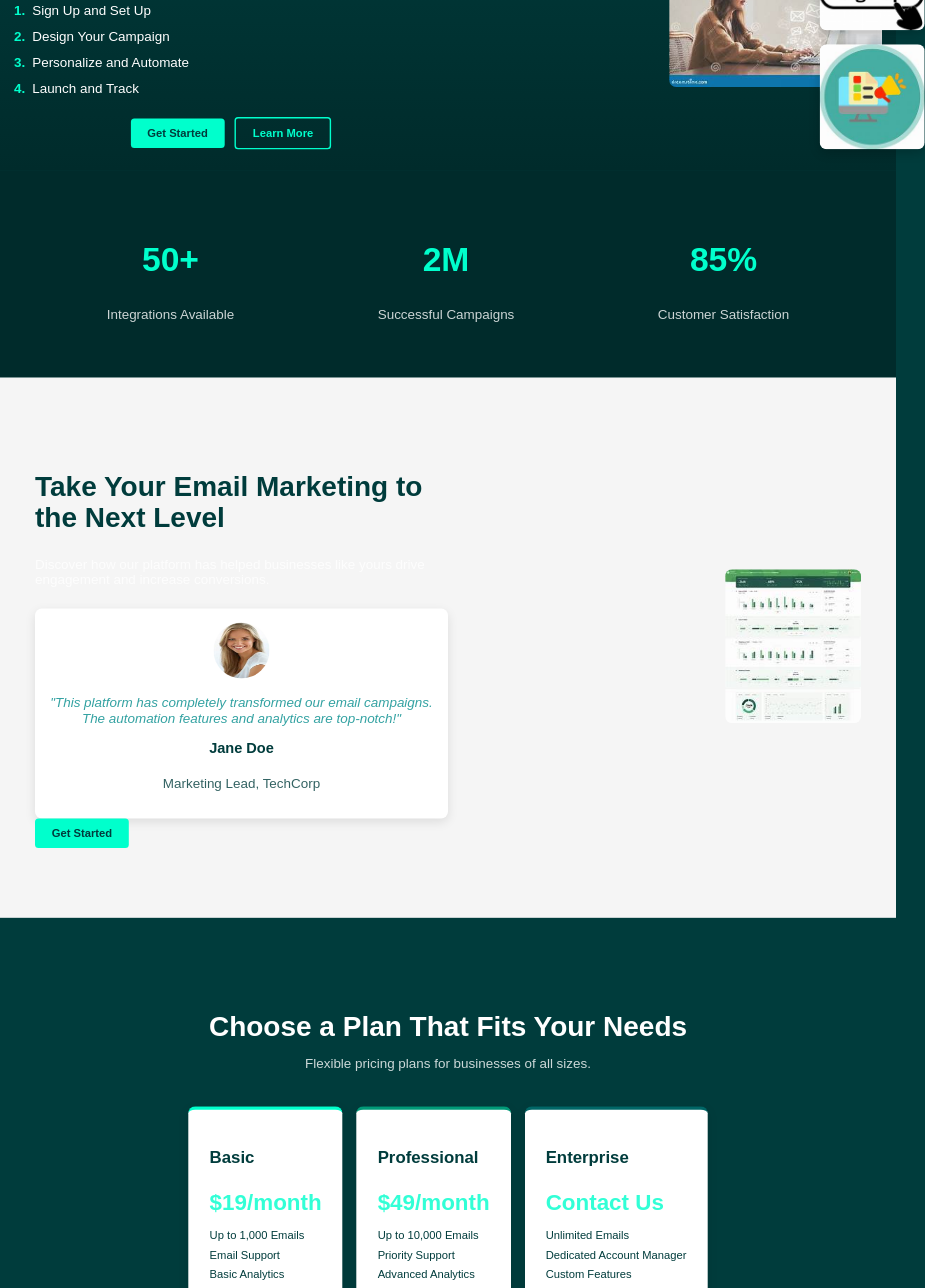
Repository: Patience225/email-marketing
Page: index.html
The author's editor kept a copy of each file at every save. The page is drawn from the files as they stood at one save, then again after the next save.
The browser window is 1280 px wide. The page is 1321 px wide, so the pictures cover 1321 px, including what lies to the right of the window. The pictures show the part of the page from y = 1806 to 3646 px (the page is 4442 px tall), at 70% of full size.

Above is the page before, as saved 2025-01-29 17:39:41.
Console error: TypeError: Cannot read properties of null (reading 'addEventListener')

After the next save:
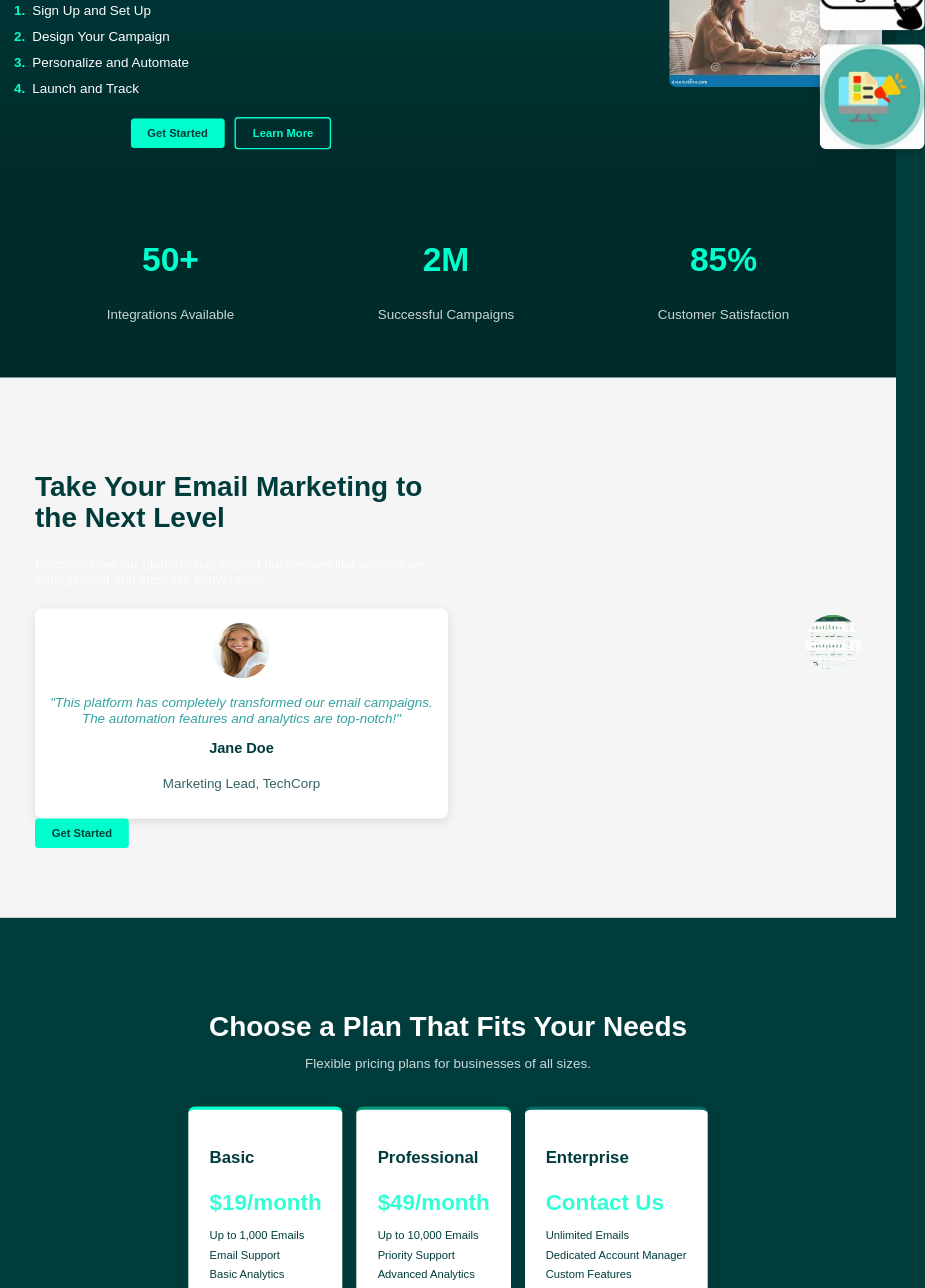
Saved 10 s later.
--- a/styles.css
+++ b/styles.css
@@ -511,8 +511,10 @@
 }
 
 .testimonial-image img {
-  max-width: 100%;
-  border-radius: 10px;
+  width: 80px;
+  height: 80px;
+  border-radius: 50%;
+  margin-bottom: 10px;
 }
 
 /* Mobile Responsive */

After the save that followed:
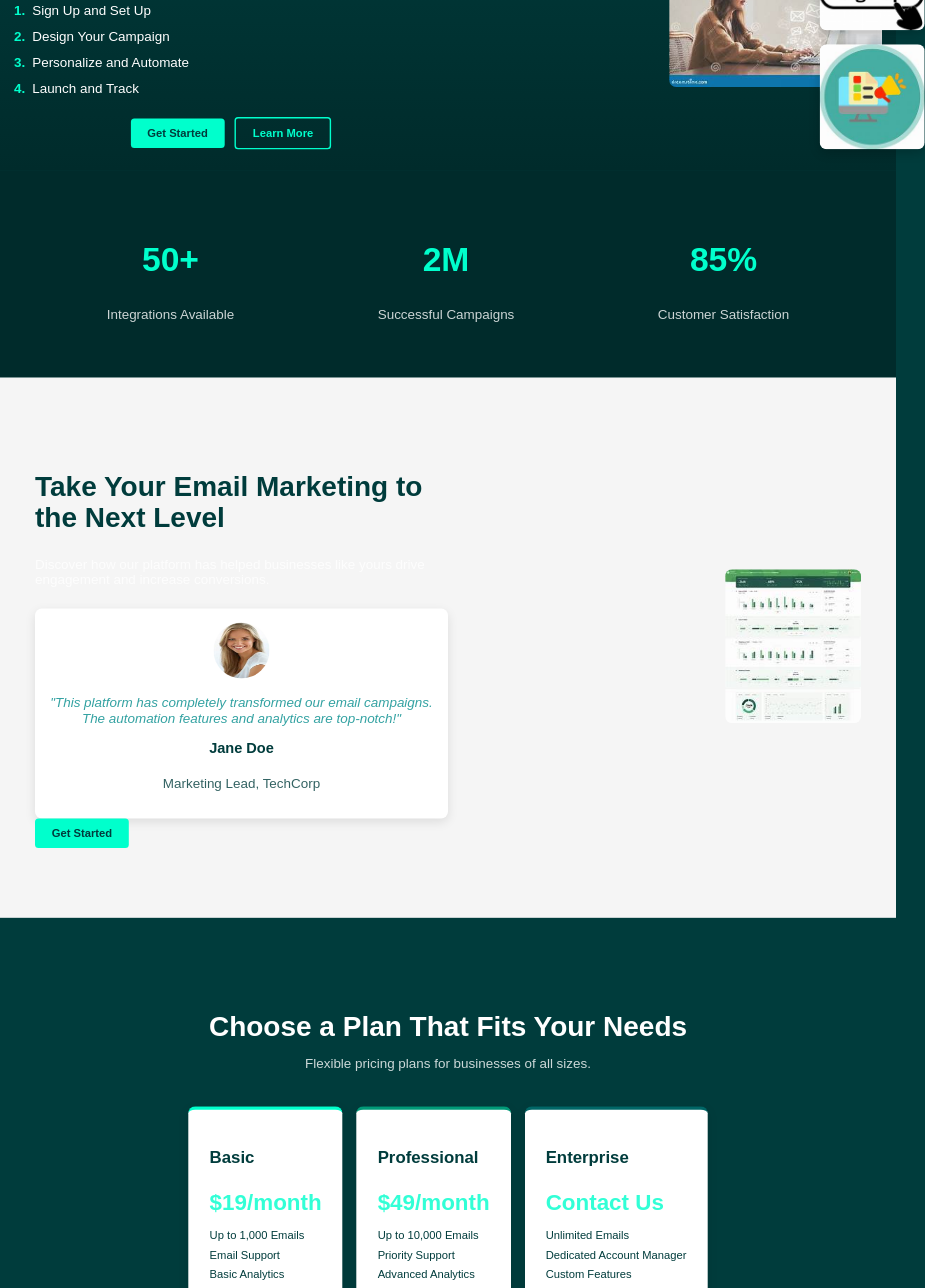
Saved 13 s later.
--- a/styles.css
+++ b/styles.css
@@ -511,10 +511,8 @@
 }
 
 .testimonial-image img {
-  width: 80px;
-  height: 80px;
-  border-radius: 50%;
-  margin-bottom: 10px;
+  max-width: 100%;
+  border-radius: 10px;
 }
 
 /* Mobile Responsive */
